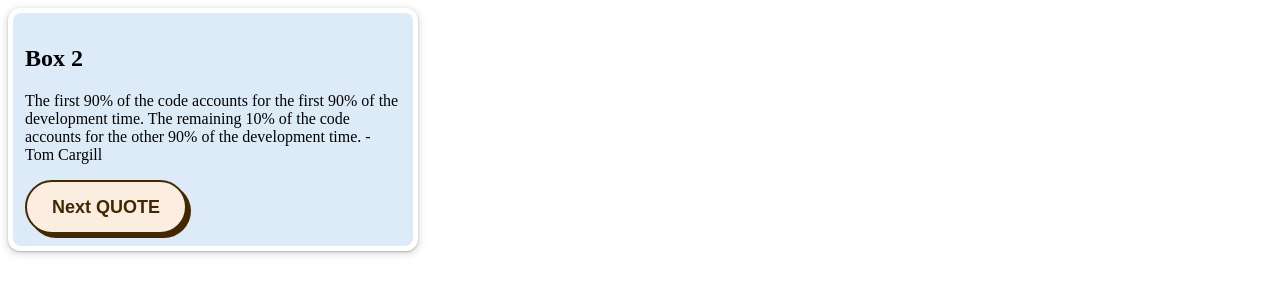
Repository: JasonMorta/programingQuotes-chromeExtension
Page: popup.html
The author's editor kept a copy of each file at every save. The page is drawn from the files as they stood at one save, then again after the next save.
The browser window is 1280 px wide. The pictures show the whole page.

Above is the page before, as saved 2023-05-07 13:20:45.

### popup.html
<!DOCTYPE html>
<html lang="en">

<head>
   <meta charset="UTF-8">
<link rel="stylesheet" href="./content.css">
   <meta http-equiv="X-UA-Compatible" content="IE=edge">
   <link rel="stylesheet" href="./buttonStyle.css">
    <script src="./quitesArray.js"></script>

   <meta name="viewport" content="width=device-width, initial-scale=1.0">
   <title>Document</title>

</head>


<body>


 <section class="gee_chat_container">
    <div class="box-container-inner">
      <h1>Box 2</h1>
      <p  class="para"></p>
      <button class="button-74 getQuote" role="button">Next QUOTE</button>
    </div>
  </section>





 <script src="./content.js"></script>
</body>

</html>

### content.css
.gee_chat_container {
    box-shadow: 0 1px 2px 0 rgb(60 64 67 / 30%), 0 2px 6px 2px rgb(60 64 67 / 15%);
    max-width: 550px;
    width: 400px;
    border-radius: 12px;
    margin-top: 0;
    padding: 5px;
    position: relative;
    background-color: #fff;

  }

  .box-container {
      border-color: var(--elevation-border-color);
      box-shadow: 0 1px 2px 0 rgb(60 64 67 / 30%), 0 2px 6px 2px rgb(60 64 67 / 15%);
      max-width: 550px;
      width: 400px;
      border-radius: 12px;
      margin-top: 0;
      padding: 5px;
      position: relative;
      background-color: #fff;
    }

    .box-container-inner {
      padding: 0.75rem;
      border-radius: 8px;
      background-color: #ddebf8;
    }

### buttonStyle.css

.button-74 {
  background-color: #fbeee0;
  border: 2px solid #422800;
  border-radius: 30px;
  box-shadow: #422800 4px 4px 0 0;
  color: #422800;
  cursor: pointer;
  display: inline-block;
  font-weight: 600;
  font-size: 18px;
  padding: 0 18px;
  line-height: 50px;
  text-align: center;
  text-decoration: none;
  user-select: none;
  -webkit-user-select: none;
  touch-action: manipulation;
}

.button-74:hover {
  background-color: #fff;
}

.button-74:active {
  box-shadow: #422800 2px 2px 0 0;
  transform: translate(2px, 2px);
}

@media (min-width: 768px) {
  .button-74 {
    min-width: 120px;
    padding: 0 25px;
  }
}

### quitesArray.js
const motivationalQuotes = [
    "The most disastrous thing that you can ever learn is your first programming language. - Alan Kay",
    "You are not a computer programmer, you are a problem solver. - Anonymous",
    "First, solve the problem. Then, write the code. - John Johnson",
    "Code is like humor. When you have to explain it, it’s bad. - Cory House",
    "The sooner you start to code, the longer the program will take. - Roy Carlson",
    "You might not think that programmers are artists, but programming is an extremely creative profession. - John Romero",
    "Programmers are constantly making things more complicated than they need to be because future-proofing is impossible. - Edsger W. Dijkstra",
    "One of the best programming skills you can have is knowing when to walk away for a while. - Oscar Godson",
    "The best code is the code never written. - Anonymous",
    "If you don’t understand how to run an operating system, you shouldn’t be a programmer. - Richard Stallman",
    "It's not at all important to get it right the first time. It's vitally important to get it right the last time. - Andrew Hunt and David Thomas",
    "The goal of a programmer is to simplify the complexity of a problem. - Anonymous",
    "Coding is not just code, that is a live thing to share your life with. - Anonymous",
    "The only way to do great work is to love what you do. - Steve Jobs",
    "Sometimes the best way to learn is to just dive in. - Jon Bonne",
    "The code you write makes you a programmer. The code you delete makes you a good one. - Mario Fusco",
    "Programs must be written for people to read, and only incidentally for machines to execute. - Harold Abelson and Gerald Jay Sussman",
    "We build our computer systems the way we build our cities: over time, without a plan, on top of ruins. - Ellen Ullman",
    "Any fool can write code that a computer can understand. Good programmers write code that humans can understand. - Martin Fowler",
    "To be a programmer is to develop a carefully managed relationship with error. - Ellen Ullman",
    "The best way to learn to code is to code. - Anonymous",
    "Don't worry if it doesn't work right. If everything did, you'd be out of a job. - Mosher's Law of Software Engineering",
    "Sometimes it pays to stay in bed on Monday, rather than spending the rest of the week debugging Monday’s code. - Dan Salomon",
    "There's nothing more permanent than a temporary hack. - Kyle Simpson",
    "The only code worth writing is code that makes your life easier. - Kent Beck",
    "It’s not about what you know, it’s about what you can figure out. - Anonymous",
    "Programming can be fun, so can cryptography; however, they should not be combined. - Kreitzberg and Shneiderman",
    "Walking on water and developing software from a specification are easy if both are frozen. - Edward V. Berard",
    "If you want to be a better programmer, write more code. - Anonymous",
    "Java is to JavaScript as car is to carpet. - Chris Heilmann",
    "Controlling complexity is the essence of computer programming. - Brian Kernighan",
    "Good code is short, simple, and symmetrical - the challenge is figuring out how to get there. - Sean Parent",
    "The most important skill for a programmer is to be able to effectively communicate. - Anonymous",
    "Programs are meant to be read by humans and only incidentally for computers to execute. - Harold Abelson",
    "If you think math is hard, try programming. - Anonymous",
    "Before software can be reusable, it first has to be usable. - Ralph Johnson",
    "If debugging is the process of removing software bugs, then programming must be the process of putting them in. - Edsger Dijkstra",
    "The computer was born to solve problems that did not exist before. - Bill Gates",
    "It's not that I'm so smart, it's just that I stay with problems longer. - Albert Einstein",
    "The best error message is the one that never shows up. - Thomas Fuchs",
    "The best code is no code. - Jeff Atwood",
    "There are only two industries that refer to their customers as 'users'. - Edward Tufte",
    "The trouble with programmers is that you can never tell what a programmer is doing until it’s too late. - Seymour Cray",
    "Talk is cheap. Show me the code. - Linus Torvalds",
    "The difference between theory and practice is that in theory, there is no difference between theory and practice. - Richard Moore",
    "If you optimize everything, you will always be unhappy. - Donald Knuth",
    "A program that produces incorrect results twice as fast is infinitely slower. - John Osterhout",
    "You can’t have great software without a great team, and most software teams behave like dysfunctional families. - Jim McCarthy",
    "If at first you don't succeed, try, try, try again. Then quit. There's no point in being a damn fool about it. - W.C. Fields",
    "If you don’t know what to do, call the debugger. - Anonymous",
    "Make it work, make it right, make it fast. - Kent Beck",
    "I'm not a great programmer; I'm just a good programmer with great habits. - Kent Beck",
    "The best way to predict the future is to invent it. - Alan Kay",
    "Measuring programming progress by lines of code is like measuring aircraft building progress by weight. - Bill Gates",
    "Code never lies, comments sometimes do. - Ron Jeffries",
    "Simplicity is the ultimate sophistication. - Leonardo da Vinci",
    "It's not a bug - it's an undocumented feature. - Anonymous",
    "Programs must be written for people to read, and only incidentally for machines to execute. - Harold Abelson",
    "Computers are good at following instructions, but not at reading your mind. - Donald Knuth",
    "Programming is the art of telling a computer what to do through a series of instructions. - Anonymous",
    "To iterate is human, to recurse divine. - L. Peter Deutsch",
    "Good code is its own best documentation. As you’re about to add a comment, ask yourself, ‘How can I improve the code so that this comment isn’t needed?’ - Steve McConnell",
    "A program is never less than 90% complete, and never more than 95% complete. - Terry Baker",
    "A good programmer is someone who always looks both ways before crossing a one-way street. - Doug Linder",
    "Always code as if the guy who ends up maintaining your code will be a violent psychopath who knows where you live. - Martin Golding",
    "If debugging is the process of removing software bugs, then programming must be the process of putting them in. - Edsger Dijkstra",
    "The only way to do great work is to love what you do. If you haven't found it yet, keep looking. Don't settle. - Steve Jobs",
    "You might not think that programmers are artists, but programming is an extremely creative profession. It's logic-based creativity. - John Romero",
    "If you don’t build your dreams, someone else will hire you to build theirs. - Tony Gaskins",
    "Don’t write better error messages, write code that doesn’t need them. - Jason C. McDonald",
    "If you want to be a good programmer, learn to think outside the box. - Antonis Tsagaris",
    "There are only two hard things in Computer Science: cache invalidation and naming things. - Phil Karlton",
    "Simplicity is the soul of efficiency. - Austin Freeman",
    "The best way to get a project done faster is to start sooner. - Jim Highsmith",
    "Experience is the name everyone gives to their mistakes. - Oscar Wilde",
    "Always code as if the person who ends up maintaining your code is a violent psychopath who knows where you live. - John Woods",
    "If at first you don’t succeed; call it version 1.0. - Anonymous",
    "A language that doesn't affect the way you think about programming is not worth knowing. - Alan J. Perlis",
    "Programmers are constantly making things more complicated than they need to be because future-proofing is impossible. - Edsger W. Dijkstra",
    "The best way to predict the future is to invent it. - Alan Kay",
    "Code is like humor. When you have to explain it, it’s bad. - Cory House",
    "Any fool can write code that a computer can understand. Good programmers write code that humans can understand. - Martin Fowler",
    "The most disastrous thing that you can ever learn is your first programming language. - Alan Kay",
    "Programming isn't about what you know; it's about what you can figure out. - Chris Pine",
    "Programs must be written for people to read, and only incidentally for machines to execute. - Harold Abelson and Gerald Jay Sussman",
    "The best code is no code at all. - Jeff Atwood",
    "If you can't explain it simply, you don't understand it well enough. - Albert Einstein",
    "It's not a bug - it's an undocumented feature. - Anonymous",
    "Every great developer you know got there by solving problems they were unqualified to solve until they actually did it. - Patrick McKenzie",
    "The best thing about a boolean is even if you are wrong, you are only off by a bit. - Anonymous",
    "Programmers are not to be measured by their ingenuity and their logic but by the completeness of their case analysis. - Alan Perlis",
    "Debugging is like being the detective in a crime movie where you are also the murderer. - Filipe Fortes",
    "The first 90% of the code accounts for the first 90% of the development time. The remaining 10% of the code accounts for the other 90% of the development time. - Tom Cargill",
    "Code never lies, comments sometimes do. - Ron Jeffries",
    "Coding is not just code, that is a live thing to serve everyone! - Ming Qian",
    "The only way to learn a new programming language is by writing programs in it. - Dennis Ritchie",
    "Software is a great combination of artistry and engineering. - Bill Gates",
    "Code is a journey, not a destination. - Anonymous",
    "There are two ways to write error-free programs; only the third one works. - Alan J. Perlis"
]

### content.js


let quoteBtn = document.querySelector('.getQuote');
let quote = document.querySelector('.para');
quote.innerHTML = motivationalQuotes[Math.floor(Math.random() * motivationalQuotes.length)];
quoteBtn.addEventListener('click', () => {
    let randomQuote = motivationalQuotes[Math.floor(Math.random() * motivationalQuotes.length)];

    quote.innerHTML = randomQuote;
});

After the next save:
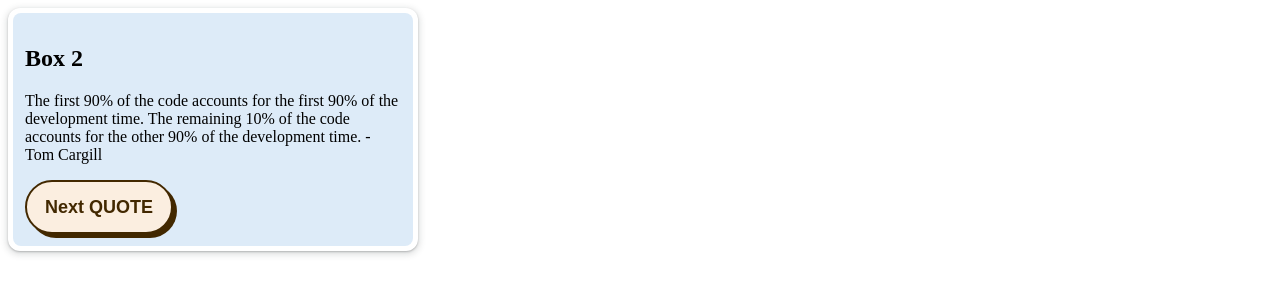
Saved 22 s later.
--- a/buttonStyle.css
+++ b/buttonStyle.css
@@ -26,10 +26,3 @@
   box-shadow: #422800 2px 2px 0 0;
   transform: translate(2px, 2px);
 }
-
-@media (min-width: 768px) {
-  .button-74 {
-    min-width: 120px;
-    padding: 0 25px;
-  }
-}
